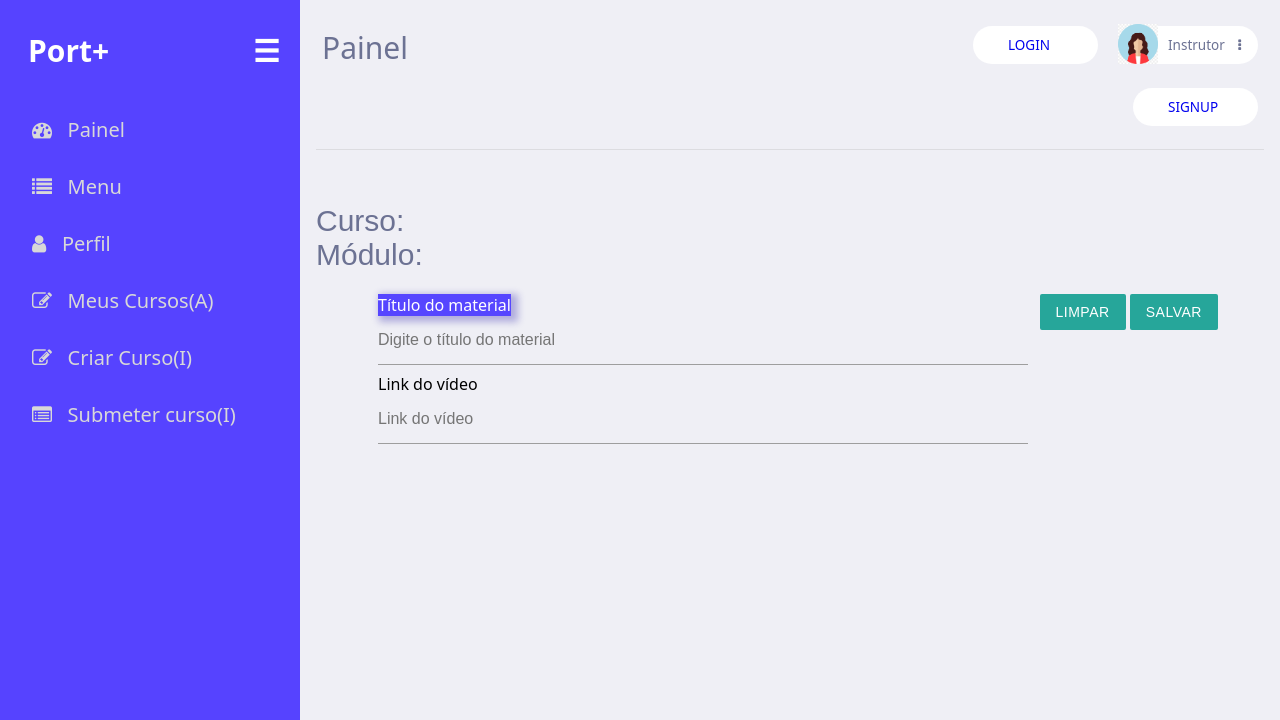
Repository: LauraMViana/Port-plus
Page: http://localhost/portPlus/criarCurso/addVideo
The author's editor kept a copy of each file at every save. The page is drawn from the files as they stood at one save, then again after the next save.
The browser window is 1280 px wide. The pictures show the whole page.
The page is this project's Thymeleaf template; nobody is signed in. The template is opened directly, without the code that normally fills it, so the values that code supplies are empty.

Above is the page before, as saved 2021-12-28 14:42:50.

### port/src/main/resources/templates/portPlus/criarCurso/addVideo.html
<!DOCTYPE html >
<html xmlns:th="http://www.thymeleaf.org">
<head>
<meta charset="UTF-8">
<!-- Compiled and minified CSS -->
<!--
<link rel="stylesheet"
	href="https://cdnjs.cloudflare.com/ajax/libs/materialize/1.0.0/css/materialize.min.css"> -->
<link href="https://fonts.googleapis.com/icon?family=Material+Icons"
	rel="stylesheet">
<link rel="stylesheet" href="/Style.css">
<link rel="stylesheet"
	href="https://cdnjs.cloudflare.com/ajax/libs/font-awesome/4.7.0/css/font-awesome.min.css">
<title>PortPlus</title>
</head>
<body>
	<div th:insert="~{menu :: menu}"></div>
	<div id="main">
		<h6>
			Curso: <span th:text="${curso.titulo}"></span> <br>Módulo: <span
				th:text="${modulo.tituloMod}"></span>
		</h6>
		<br>
		<form
			th:action="@{/portPlus/criarCurso/{idC}/{idMod} (idC=${curso.id},idMod=${modulo.id})}"
			method="post">
			<div class="input-field col s9">
				<label for="tituloM" class="active">Título do material</label><input
					placeholder="Digite o título do material" id="tituloM" type="text"
					pattern="[a-zA-Z0-9_?!&%$()-]+" class="validate"
					th:field="${material.tituloMat}">
				<p th:errors="${material.tituloMat}"></p>
				<div>
					<label for="mv">Link do vídeo</label><input
						placeholder="Link do vídeo" id="mv" type="url" class="validate"
						th:field="${material.video}">
				</div>
			</div>
			<div class="right-align">
				<button class="btn waves-effect waves-light align-center"
					type="reset" name="action">Limpar</button>
				<button class="btn waves-effect waves-light align-center"
					type="submit" name="action">Salvar</button>
			</div>
		</form>
	</div>
	<script
		src="https://ajax.googleapis.com/ajax/libs/jquery/3.5.1/jquery.min.js"></script>
	<script>
		$(".menu").click(function() {
			$("#mySidenav").css('width', '70px');
			$("#main").css('margin-left', '70px');
			$(".logo").css('display', 'none');
			$(".logo1").css('display', 'block');
			$(".logo span").css('visibility', 'visible');
			$(".logo span").css('margin-left', '-10px');
			$(".icon-a").css('visibility', 'hidden');
			$(".icon-a").css('height', '25px');
			$(".icons").css('visibility', 'visible');
			$(".icons").css('margin-left', '-8px');
			$(".menu1").css('display', 'block');
			$(".menu").css('display', 'none');
		});

		$(".menu1").click(function() {
			$("#mySidenav").css('width', '300px');
			$("#main").css('margin-left', '300px');
			$(".logo").css('visibility', 'visible');
			$(".logo").css('display', 'block');
			$(".icon-a").css('visibility', 'visible');
			$(".icons").css('visibility', 'visible');
			$(".menu").css('display', 'block');
			$(".menu1").css('display', 'none');
		});
	</script>
	<script>
		$(document).ready(function() {
			$(".profile p").click(function() {
				$(".profile-div").toggle();
			});
		});
	</script>
</body>
</html>

### port/src/main/resources/templates/menu.html
<!DOCTYPE html >
<html xmlns:th="http://www.thymeleaf.org">
<head>
<meta charset="UTF-8">
<link rel="stylesheet" href="/Style.css" type="text/css" />
<link rel="stylesheet"
	href="https://cdnjs.cloudflare.com/ajax/libs/font-awesome/4.7.0/css/font-awesome.min.css">
<title>Port+</title>
</head>
<body>
	<div th:fragment="menu">
		<div id="mySidenav" class="sidenav">
			<p class="logo">
				Port+ <span class="menu">&#9776;</span>
			</p>
			<p class="logo1">
				<span class="menu1">&#9776;</span>
			</p>
			<a href="/" class="icon-a"> <i class="fa fa-dashboard icons"></i>
				&nbsp;&nbsp;Painel
			</a> <a href="/" class="icon-a"><i class="fa fa-list icons"></i>
				&nbsp;&nbsp;Menu</a> <a href="#" class="icon-a"><i
				class="fa fa-user icons"></i> &nbsp;&nbsp;Perfil</a> <a
				href="/portPlus/criarCurso" class="icon-a"><i
				class="fa fa-edit icons"></i> &nbsp;&nbsp;Meus Cursos(A)</a> <a
				href="/portPlus/criarCurso" class="icon-a"><i
				class="fa fa-edit icons"></i> &nbsp;&nbsp;Criar Curso(I)</a><a
				href="/portPlus/meusCursos" class="icon-a"><i
				class="fa fa-list-alt icons"></i> &nbsp;&nbsp;Submeter curso(I)</a>
		</div>

		<div id="main">
			<div class="head">
				<div class="col-div-6">
					<p class="nav">Painel</p>
				</div>
				<div class="col-div-6">
					<div class="profile">
						<img src="/Imagens/usuario.png" class="pro-img circle" />
						<p>
							Instrutor <i class="fa fa-ellipsis-v dots" aria-hidden="true"></i>
						</p>
						<div class="profile-div">
							<p>
								<a href="#" class="icon-a"><i class="fa fa-user"></i>
									&nbsp;&nbsp;Perfil
							</p>
							<p>
								<i class="fa fa-power-off"></i> &nbsp;&nbsp;Sair
							</p>
						</div>
					</div>
					<div class="login">
						<p>
							<a href="/portPlus/login">LOGIN</a>
						</p>
						<p>
							<a href="/portPlus/signup">SIGNUP</a>
						</p>
					</div>
				</div>
				<div class="clearfix"></div>
			</div>
			<div class="clearfix"></div>
			<br />
		</div>
	</div>
	<script
		src="https://ajax.googleapis.com/ajax/libs/jquery/3.5.1/jquery.min.js"></script>
	<script>
		$(".menu").click(function() {
			$("#mySidenav").css('width', '70px');
			$("#main").css('margin-left', '70px');
			$(".logo").css('display', 'none');
			$(".logo1").css('display', 'block');
			$(".logo span").css('visibility', 'visible');
			$(".logo span").css('margin-left', '-10px');
			$(".icon-a").css('visibility', 'hidden');
			$(".icon-a").css('height', '25px');
			$(".icons").css('visibility', 'visible');
			$(".icons").css('margin-left', '-8px');
			$(".menu1").css('display', 'block');
			$(".menu").css('display', 'none');
		});

		$(".menu1").click(function() {
			$("#mySidenav").css('width', '300px');
			$("#main").css('margin-left', '300px');
			$(".logo").css('visibility', 'visible');
			$(".logo").css('display', 'block');
			$(".icon-a").css('visibility', 'visible');
			$(".icons").css('visibility', 'visible');
			$(".menu").css('display', 'block');
			$(".menu1").css('display', 'none');
		});
	</script>
	<script>
		$(document).ready(function() {
			$(".profile p").click(function() {
				$(".profile-div").toggle();

			});

			/* $(".noti-icon").click(function() {
					$(".notification-div").toggle();
				}); */

		});
	</script>
</body>
</html>

### port/src/main/resources/static/Style.css
/* Laura */
body {
	margin: 0px;
	padding: 0px;
	background-color: #efeff5;
	font-family: system-ui;
}

.clearfix {
	clear: both;
}

.logo {
	margin: 0px;
	margin-left: 28px;
	font-weight: bold;
	color: white;
	margin-bottom: 30px;
}

.sidenav {
	height: 100%;
	width: 300px;
	position: fixed;
	z-index: 1;
	top: 0;
	left: 0;
	background-color: #5643ff;
	overflow: hidden;
	padding-top: 30px;
	transition: ease-in-out 0.3s;
}

.menu {
	float: right;
	margin-right: 20px;
	cursor: pointer;
}

.logo1 {
	margin: 0px;
	margin-left: 20px;
	font-weight: bold;
	color: white;
	margin-bottom: 50px;
	display: none;
	cursor: pointer;
}

.menu1 {
	float: left;
	display: none;
}

.sidenav a {
	padding: 15px 8px 15px 32px;
	text-decoration: none;
	font-size: 20px;
	color: #d8d8d8;
	display: block;
}

.sidenav a:hover {
	color: #f1f1f1;
	background-color: #2c1ed6;
}

.sidenav {
	top: 0;
	right: 25px;
	font-size: 30px;
}

#main {
	padding: 16px;
	margin-left: 300px;
}

.head {
	padding: 0px 6px;
	border-bottom: 1px solid #d6d6d8b8;
	padding-bottom: 10px;
}

.col-div-6 {
	width: 50%;
	float: left;
}

.login p {
	color: #6c7293;
	font-weight: 500;
	margin-left: 35px;
	margin-top: 10px;
	font-size: 13.5px;
	background-color: white;
	padding: 10px;
	border-radius: 25px;
	padding-left: 35px;
	width: 80px;
	float: right;
	cursor: pointer;
}

.profile {
	display: inline-block;
	float: right;
	width: 160px;
}

.pro-img {
	float: left;
	width: 40px;
	margin-top: 8px;
	margin-left: 20px;
}

.profile p {
	color: #6c7293;
	font-weight: 500;
	margin-left: 35px;
	margin-top: 10px;
	font-size: 13.5px;
	background-color: white;
	padding: 10px;
	border-radius: 25px;
	padding-left: 35px;
	cursor: pointer;
}

.dots {
	margin-left: 10px;
}

.profile-div {
	background-color: white;
	width: 160px;
	border: 1px solid #ddd;
	padding: 10px 0px;
	right: 2%;
	border-radius: 5px;
	position: absolute;
	z-index: 9;
	display: none;
}

.profile-div:after {
	content: '';
	position: absolute;
	height: 10px;
	width: 10px;
	background-color: white;
	top: -6px;
	border-left: 1px solid #ddd;
	border-top: 1px solid #ddd;
	transform: rotate(45deg);
	right: 10%;
}

.profile-div p {
	margin: 0px;
	padding: 10px 20px;
}

.profile-div p:hover {
	margin: 0px;
	padding: 10px 20px;
	background-color: #5643ff;
	border-radius: 0px;
	color: white;
}

.notification-div {
	background-color: white;
	width: 240px;
	border: 1px solid #ddd;
	padding: 10px 0px;
	right: 16%;
	border-radius: 5px;
	top: 12%;
	position: absolute;
	z-index: 9;
	display: none;
}

.notification-div:after {
	content: '';
	position: absolute;
	height: 10px;
	width: 10px;
	background-color: white;
	top: -6px;
	border-left: 1px solid #ddd;
	border-top: 1px solid #ddd;
	transform: rotate(45deg);
	right: 10%;
}

.noti-head {
	display: block;
	margin: 0px;
	color: #6c7293;
}

.noti-head:hover {
	background-color: white !important;
	color: #6c7293 !important;
}

.noti-head span {
	position: absolute;
	right: 8%;
	top: 10%;
	background-color: #5643ff;
	padding: 1px 5px;
	color: white;
	border-radius: 20px;
}

.hr {
	margin: 0px;
	border: none;
	background-color: #ddd;
	height: 1px;
}

.notification-div p {
	margin: 0px;
	padding: 10px 20px;
	color: #6c7293;
}

.notification-div p span {
	font-size: 11px;
	display: block;
}

.notification-div p:hover {
	margin: 0px;
	padding: 10px 20px;
	background-color: #5643ff;
	border-radius: 0px;
	color: white;
}

.search-icon {
	position: absolute;
	right: 22%;
	top: 25px;
	background-color: white;
	padding: 13px;
	border-radius: 21px;
	color: #6c7293;
	cursor: pointer;
}

.noti-icon {
	position: absolute;
	right: 17%;
	top: 25px;
	background-color: #5643ff;
	padding: 13px;
	border-radius: 21px;
	color: #fff;
	cursor: pointer;
}

.noti-icon:after {
	content: '';
	height: 5px;
	width: 5px;
	border-radius: 5px;
	top: 5px;
	left: 20px;
	position: absolute;
	background-color: red;
}

.col-div-4-1 {
	width: 33.3%;
	float: left;
}

.box {
	width: 88%;
	height: 480px;
	background-color: #ffffff;
	margin-left: 10px;
	padding: 10px;
	box-shadow: 2px 5px 10px #ddd;
	position: relative;
}

.box p {
	color: #6c7293;
	font-weight: 500;
	padding-left: 10px;
}

.number {
	font-size: 35px;
	margin-bottom: 0px;
	margin-top: 20px;
}

.percent {
	margin: 0px;
	font-size: 14px;
	color: #37bf37 !important;
}

.percent span {
	font-size: 12px;
	color: #9398b1;
	padding-left: 3px;
}

.head-1 {
	font-size: 18px !important;
	margin: 10px 0px;
	color: #6c7293;
}

.head-1 span {
	float: right;
	background-color: #5643ff;
	color: white;
	padding: 3px 10px;
	font-size: 15px;
}

.box-icon {
	font-size: 20px !important;
	margin-top: 35px !important;
	color: #5643ff;
	padding-right: 10px;
	background-color: #efeff5;
	padding: 15px;
	border-radius: 25px;
	position: absolute;
	right: 16px;
	top: -18px;
}

.box-1 {
	width: 88%;
	height: 282px;
	background-color: #ffffff;
	margin-left: 10px;
	padding: 10px;
	box-shadow: 2px 5px 10px #ddd;
	position: relative;
}

.m-box {
	color: #6c7293;
	position: relative;
	padding: 0px 12px;
}

.active {
	background-color: #5646ff;
	color: white;
	box-shadow: 4px 3px 7px 3px #3226ad54;
}

.active .no-1 {
	color: #ddd !important;
}

.m-box p {
	display: inline-block;
	margin: 10px 0px;
}

.no {
	position: absolute !important;
	top: 21px;
	right: 15px;
	font-weight: 500;
}

.no-1 {
	font-size: 12px;
	color: #9398b1;
}

.act-p {
	font-size: 13px;
	color: #6c7293;
}

.act-p .fa {
	color: orange !important;
}

.content-box-1 {
	padding: 0px 10px;
}

.col-div-12 {
	width: 100%;
}

.col-div-4 {
	width: 30%;
	float: left;
}

.content-box {
	padding: 20px;
}

.content-box p {
	margin: 0px;
	font-size: 20px;
	color: #6c7293;
}

.content-box p span {
	float: right;
	background-color: #5643ff;
	color: white;
	padding: 3px 10px;
	font-size: 15px;
}

.box-8 {
	width: 97.8%;
	background-color: #fff;
	height: 330px;
}

.nav {
	font-size: 30px;
	cursor: pointer;
	color: #6c7293;
	margin: 11px 0px;
}

.box-8 {
	margin-left: 10px;
}

td, th {
	border: 1px solid #dddddd;
	text-align: left;
	padding: 10px;
}

tr:nth-child(even) {
	background-color: #5643ff29;
	color: #6c7293 !important;
}

.circle-wrap {
	margin: 50px auto;
	width: 150px;
	height: 150px;
	background: #e6e2e7;
	border-radius: 50%;
}

.circle-wrap .circle .mask, .circle-wrap .circle .fill {
	width: 150px;
	height: 150px;
	position: absolute;
	border-radius: 50%;
}

.circle-wrap .circle .mask {
	clip: rect(0px, 150px, 150px, 75px);
}

.circle-wrap .circle .mask .fill {
	clip: rect(0px, 75px, 150px, 0px);
	background-color: #5646ff;
}

.circle-wrap .circle .mask.full, .circle-wrap .circle .fill {
	animation: fill ease-in-out 3s;
	transform: rotate(126deg);
}

@
keyframes fill { 0% {
	transform: rotate(0deg);
}

100










%
{
transform










:










rotate








(










126deg










)








;
}
}
.circle-wrap .inside-circle {
	width: 130px;
	height: 130px;
	border-radius: 50%;
	background: #fff;
	line-height: 130px;
	text-align: center;
	margin-top: 10px;
	margin-left: 10px;
	position: absolute;
	z-index: 100;
	font-weight: 700;
	font-size: 2em;
	color: #6c7293;
}

/* Thais */
h1 {
	font-weight: 400;
	font-family: Century Gothic, Arial, Helvetica, sans-serif;
	color: #6c7293;
	font-size: calc(1.044375rem + 1.7325vw);
}

h4, h6 {
	font-weight: 100;
	font-family: Century Gothic, Arial, Helvetica, sans-serif;
	color: #6c7293;
	font-size: 30px;
	margin: 0px;
}

a {
	text-decoration: none;
}

#btn {
	text-align: right;
}

/*Apresente material  */
.mod-title {
	font-size: 30px;
	color: #d8d8d8;
}

/* Index  */
.box-mod {
	width: 88%;
	height: 30px;
	background-color: #dfdfdf;
	margin-left: 10px;
	padding: 10px;
	position: relative;
	margin-left: 10px;
	padding: 10px;
	border-top: 1px solid #d7dfe3;
	margin-left: 10px;
	margin-bottom: 15px;
}

.box-mod p {
	color: #6c7293;
	font-weight: 500;
	margin: 0px;
	padding: 10px;
	width: 105px;
	margin-left: 90px;
}
/* blocos de curso ou modulos  */
.col-div-4-2 {
	width: 25%;
	float: left;
}

.card.small .card-image+.card-content, .card.medium .card-image+.card-content,
	.card.large .card-image+.card-content {
	max-height: 40%;
}

.card.small .card-content, .card.medium .card-content, .card.large .card-content
	{
	max-height: 100%;
	overflow: hidden;
}

.card .card-content {
	padding: 24px;
	border-radius: 0 0 2px 2px;
}

.card .card-image img {
	display: block;
	border-radius: 2px 2px 0 0;
	position: relative;
	left: 0;
	right: 0;
	top: 0;
	bottom: 0;
	width: 100%;
}

img {
	border-style: none;
}

.card.small .card-image, .card.medium .card-image, .card.large .card-image
	{
	max-height: 60%;
	overflow: hidden;
}

.card .card-image {
	position: relative;
}

.card.small {
	height: 300px;
}

.card.small, .card.medium, .card.large {
	position: relative;
}

.card {
	margin-left: 10px;
	box-shadow: 2px 5px 10px #ddd;
	position: relative;
	height: 250px;
	background-color: #fff;
	-webkit-transition: -webkit-box-shadow .25s;
	transition: -webkit-box-shadow .25s;
	transition: box-shadow .25s;
	transition: box-shadow .25s, -webkit-box-shadow .25s;
	border-radius: 2px;
}

.card {
	position: relative;
	margin: 0.5rem 0 1rem 0;
	background-color: #fff;
	-webkit-transition: -webkit-box-shadow .25s;
	transition: -webkit-box-shadow .25s;
	transition: box-shadow .25s;
	transition: box-shadow .25s, -webkit-box-shadow .25s;
	border-radius: 2px;
}

.image {
	display: block;
	position: relative;
	left: 0;
	right: 0;
	top: 0;
	bottom: 0;
	width: 100%;
	max-height: 70%;
	overflow: hidden;
	max-height: 70%;
	right: 0;
	top: 0;
	bottom: 0;
}

.card {
	margin-left: 10px;
	box-shadow: 2px 5px 10px #ddd;
	position: relative;
	height: 250px;
	background-color: #fff;
	-webkit-transition: -webkit-box-shadow .25s;
	transition: -webkit-box-shadow .25s;
	transition: box-shadow .25s;
	transition: box-shadow .25s, -webkit-box-shadow .25s;
	border-radius: 2px;
}

.card-title-mod {
	display: block;
	line-height: 32px;
	margin-bottom: 8px;
	font-size: 24px;
	font-weight: 300;
}
/* descriçao do curso  */
.mod-d {
	font-size: 18px !important;
	margin: 10px 0px;
	color: #6c7293;
	text-align: justify;
}

/* Pag apresentação Material */
aside {
	width: 260px;
	float: right;
	margin-right: 20px;
	border: 1px solid black;
}

.conteudo {
	padding-left: 15px;
	width: 700px;
	float: left;
	height: 415px;
	text-align: justify;
}

.card.lista {
	background-color: #5643ff;
	width: 259.5px;
	height: 50px;
	text-align: center;
	padding: 5px 0px 5px 0px;
	margin: 0px;
}

.lista li {
	padding: 15px 8px 15px 32px;
	text-decoration: none;
	font-size: 20px;
	color: #d8d8d8;
	display: block;
	text-align: justify;
}

.lista li:hover {
	color: #f1f1f1;
	background-color: #5643ff;
}

.lista a:hover {
	color: #f1f1f1;
	background-color: #5643ff;
}

ul {
	padding: 0px;
	margin: 0px;
	list-style-type: none;
}

textarea.materialize-textarea.texto {
	height: 12rem;
}

input:not([type]), input[type="text"]:not(.browser-default), input[type="url"]:not(.browser-default),
	input[type="number"]:not(.browser-default), textarea.materialize-textarea
	{
	background-color: transparent;
	border-top-width: initial;
	border-right-width: initial;
	border-left-width: initial;
	border-top-color: initial;
	border-right-color: initial;
	border-left-color: initial;
	height: 3rem;
	width: 100%;
	font-size: 16px;
	box-shadow: none;
	box-sizing: content-box;
	border-style: none none solid;
	border-image: initial;
	border-bottom: 1px solid rgb(158, 158, 158);
	border-radius: 0px;
	outline: none;
	margin: 0px 0px 8px;
	padding: 0px;
	transition: box-shadow 0.3s ease 0s, border 0.3s ease 0s,
		-webkit-box-shadow 0.3s ease 0s;
}

form {
	padding-left: 50px;
}

.dados-do-curso, .listarCriarMod {
	padding-left: 50px;
}

.s2 {
	width: 20%;
	display: inline;
}

.col.s3 {
	width: 25%;
	margin-left: auto;
	left: auto;
	right: auto;
}

.col.s4 {
	width: 33.3333333333%;
	margin-left: auto;
	left: auto;
	right: auto;
}

.col.s5 {
	width: 41.6666666667%;
	margin-left: auto;
	left: auto;
	right: auto;
}

.col.s6 {
	width: 50%;
	margin-left: auto;
	left: auto;
	right: auto;
}

.col.s9 {
	width: 75%;
	margin-left: auto;
	left: auto;
	right: auto;
}

.col.s12 {
	width: 100%;
	margin-left: auto;
	left: auto;
	right: auto;
}

.col.s12.cont {
	padding-bottom: 20px;
}

.col {
	float: left;
	-webkit-box-sizing: border-box;
	box-sizing: border-box;
	padding: 0 0.75rem;
	min-height: 1px;
}

.s10 {
	width: 80%;
	margin-left: auto;
	left: auto;
	right: auto;
}

.btn {
	text-decoration: none;
	color: #fff;
	background-color: #26a69a;
	text-align: center;
	letter-spacing: .5px;
	-webkit-transition: background-color .2s ease-out;
	transition: background-color .2s ease-out;
	cursor: pointer;
	border: none;
	border-radius: 2px;
	display: inline-block;
	height: 36px;
	line-height: 36px;
	padding: 0 16px;
	text-transform: uppercase;
	font-size: 14px;
	outline: 0;
	font-size: 14px;
}

.waves-effect {
	position: relative;
	cursor: pointer;
	display: inline-block;
	overflow: hidden;
	-webkit-user-select: none;
	-moz-user-select: none;
	-ms-user-select: none;
	user-select: none;
	-webkit-tap-highlight-color: transparent;
	vertical-align: middle;
	z-index: 1;
	-webkit-transition: .3s ease-out;
	transition: .3s ease-out;
}

.modal.modal-fixed-footer {
	padding: 0;
	height: 70%;
}

.modal {
	display: none;
	position: fixed;
	left: 0;
	right: 0;
	background-color: #fafafa;
	padding: 0;
	max-height: 70%;
	width: 55%;
	margin: auto;
	overflow-y: auto;
	border-radius: 2px;
	will-change: top, opacity;
}

.modal.modal-fixed-footer {
	padding: 0;
	height: 70%;
}

.modal {
	display: none;
	position: fixed;
	left: 0;
	right: 0;
	background-color: #fafafa;
	padding: 0;
	max-height: 70%;
	width: 55%;
	margin: auto;
	overflow-y: auto;
	border-radius: 2px;
	will-change: top, opacity;
}

.z-depth-5, .modal {
	-webkit-box-shadow: 0 24px 38px 3px rgb(0 0 0/ 14%), 0 9px 46px 8px
		rgb(0 0 0/ 12%), 0 11px 15px -7px rgb(0 0 0/ 20%);
	box-shadow: 0 24px 38px 3px rgb(0 0 0/ 14%), 0 9px 46px 8px
		rgb(0 0 0/ 12%), 0 11px 15px -7px rgb(0 0 0/ 20%);
}

.collapsible {
	border-top: 1px solid #ddd;
	border-right: 1px solid #ddd;
	border-left: 1px solid #ddd;
	margin: 0.5rem 0 1rem 0;
}

.collapsible-header {
	display: -webkit-box;
	display: -webkit-flex;
	display: -ms-flexbox;
	display: flex;
	-webkit-tap-highlight-color: transparent;
	line-height: 1.5;
	padding: 1rem;
	background-color: #fff;
	border-bottom: 1px solid #ddd;
	display: -webkit-box;
	display: -webkit-flex;
	display: -ms-flexbox;
	display: flex;
	cursor: pointer;
	-webkit-tap-highlight-color: transparent;
	line-height: 1.5;
	padding: 1rem;
	background-color: #fff;
	border-bottom: 1px solid #ddd;
}

.optCont {
	display: inline-block;
	float: right;
	width: 160px;
}

.optCont a {
	cursor: pointer;
}

.opt {
	background-color: white;
	width: 100px;
	border: 1px solid #ddd;
	padding: 10px 0px;
	right: 10%;
	border-radius: 5px;
	position: absolute;
	z-index: 9;
	display: none;
}

.opt p {
	margin: 0px;
	padding: 10px 20px;
}

.opt p:hover {
	margin: 0px;
	padding: 10px 20px;
	background-color: #5643ff;
	border-radius: 0px;
	color: white;
}

.modal.modal-fixed-footer {
	height: 40%;
	width: 40%;
}

.modal .modal-content {
	padding: 65px 24px 24px 75px;
}

After the next save:
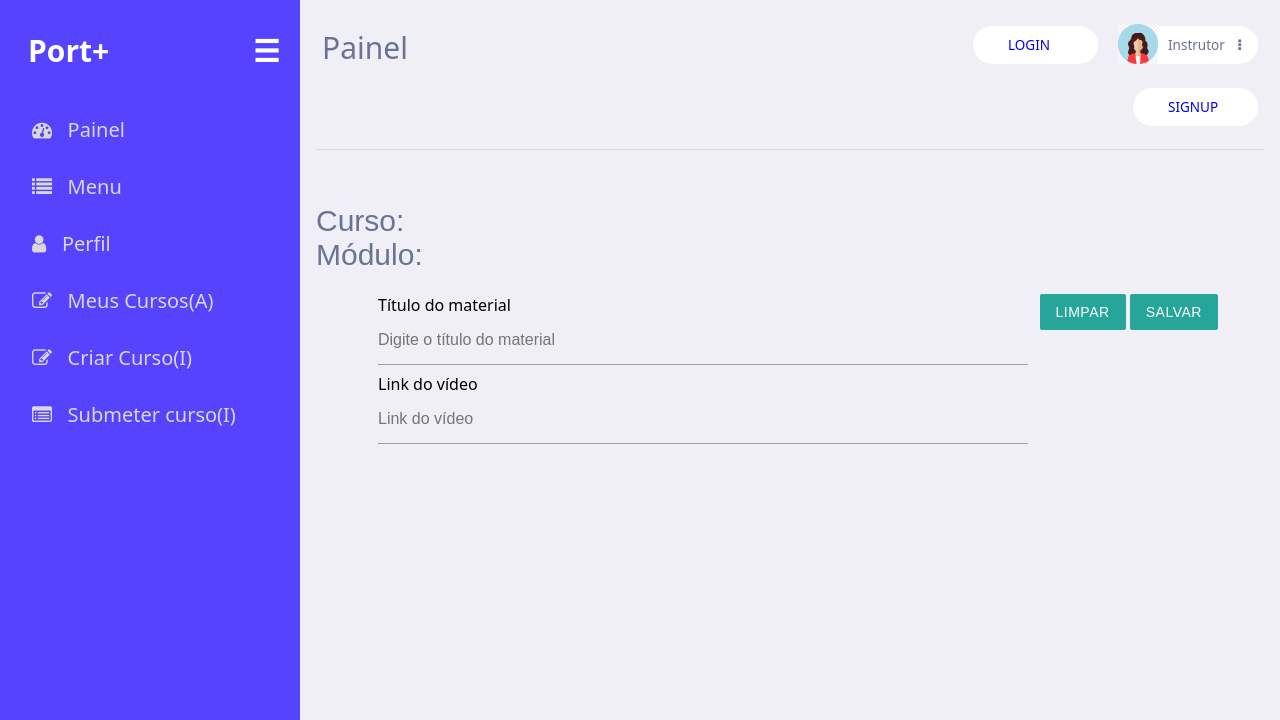
Saved 25 s later.
--- a/port/src/main/resources/templates/portPlus/criarCurso/addVideo.html
+++ b/port/src/main/resources/templates/portPlus/criarCurso/addVideo.html
@@ -25,7 +25,7 @@
 			th:action="@{/portPlus/criarCurso/{idC}/{idMod} (idC=${curso.id},idMod=${modulo.id})}"
 			method="post">
 			<div class="input-field col s9">
-				<label for="tituloM" class="active">Título do material</label><input
+				<label for="tituloM">Título do material</label><input
 					placeholder="Digite o título do material" id="tituloM" type="text"
 					pattern="[a-zA-Z0-9_?!&%$()-]+" class="validate"
 					th:field="${material.tituloMat}">
